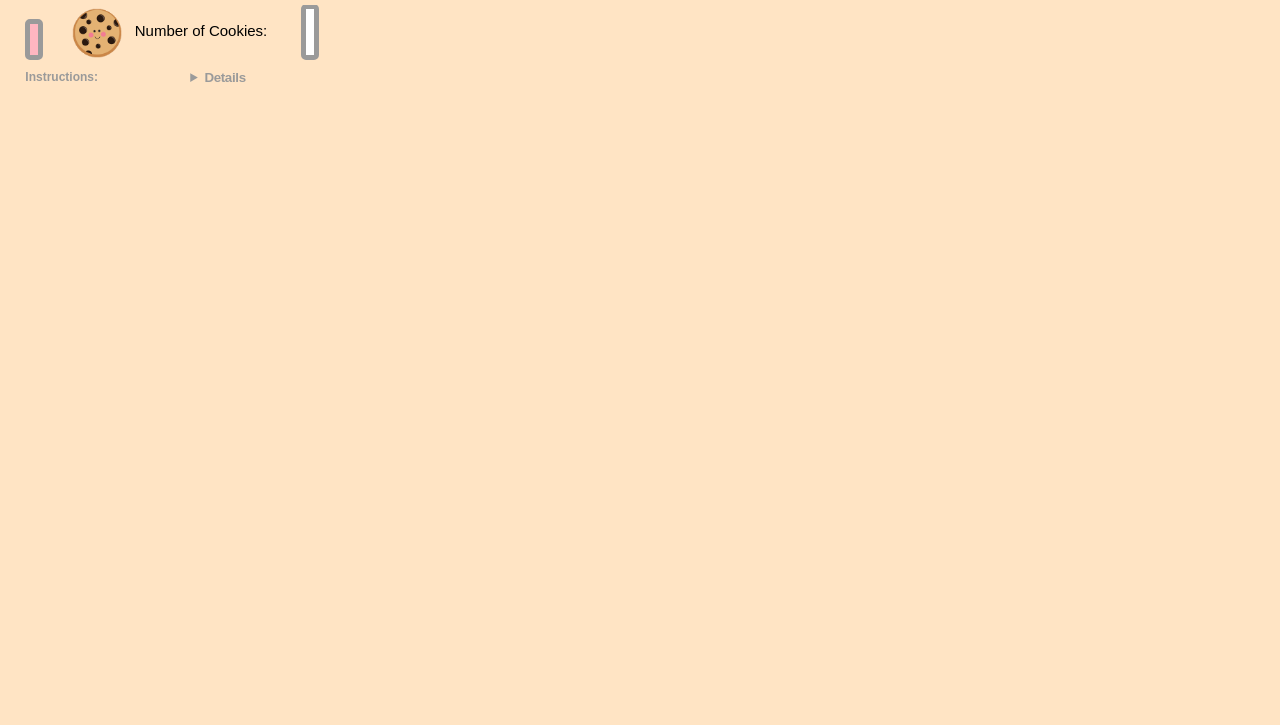
Repository: f00d4tehg0dz/elgato-streamdeck-cookie-clicker
Page: com.f00d4tehg0dz.cookieclicker.sdPlugin/cookieclicker.html
The author's editor kept a copy of each file at every save. The page is drawn from the files as they stood at one save, then again after the next save.
The browser window is 1280 px wide. The pictures show the whole page.

Above is the page before, as saved 2022-01-28 12:07:05.

### com.f00d4tehg0dz.cookieclicker.sdPlugin/cookieclicker.html
<!DOCTYPE html>
<html>

<head>
    <meta charset="utf-8"/>
    <title>com.f00d4tehg0dz.cookieclicker</title>
    <link rel="stylesheet" href="css/sdpi.css">
    <link rel="stylesheet" href="css/styles.css">
    <script src="js/jquery-3.3.1.js"></script>
    <script src="js/common.js"></script>

</head>

<body>
<div class="sdpi-wrapper">
    <div class="sdpi-item">
        <div id="cookieTitle"></div>
        <div id="cookie" onclick="updateButton()">
            <img src="icon-animate.gif" width="50px"/>
        </div>
        <p>Number of Cookies:</p>
        <div id="cookieNumbers"></div>
    </div>
    <div class="sdpi-item">
        <div class="sdpi-item-label">Instructions</div>
        <details class="sdpi-item-value">
            <p>Click the cookie to make more cookies<br>
            Cookie Title upgrades as you reach cookie clicker milestones <br></p>
            <p>You can learn more about this plugin by visiting its Github
                page by <a
                        href="#"
                        onclick="openGithub()">clicking here.</a>
        </details>
    </div>
</div>

<script>
    let uuid = "",
        actionName = "";

    if ($SD) {
        $SD.on('connected', function (jsonObj) {
            uuid = jsonObj['uuid'];
            if (jsonObj.hasOwnProperty('actionInfo')) {
                actionName = jsonObj.actionInfo.action;
            }
            let settings = $SD.actionInfo.payload.settings;
        });
    }

    $(document).ready(function () {

        $("#updateButton").click(function () {
            // Sending the saved settings to the plugin from property inspector.

            if ($SD && $SD.connection) {
                let payload = {};
                payload.updateClick = updateClick;

                $SD.api.sendToPlugin(uuid, actionName, payload);
            }
        });
        function openGithub() {
            $SD.api.openUrl($SD.actionInfo.context, "https://github.com/f00d4tehg0dz/Doge-Coin-Plugin-for-Eglato-Streamdeck")
    }
    });

</script>

</body>

</html>

### com.f00d4tehg0dz.cookieclicker.sdPlugin/css/styles.css
body {
  padding-top: 5px;
  font-family: Arial;
  background-color: bisque;
  margin: auto;
  text-align: center;
}

p {
  font-size: 15px;
  color: black;
  display: block;
  margin: 5px;
}

#cookieNumbers {
  margin: auto;
  text-align:center;
  padding-top: 20px;
  margin-bottom: 5px;
  font-size: 10px;
  border:5px solid;
  border-radius:5px;
  background-color:white;
  height:25px;
}

#cookieTitle {
  margin: auto;
  text-align:center;
  padding-top: 5px;
  margin-bottom: 5px;
  font-size: 10px;
  border:5px solid;
  border-radius:5px;
  background-color:lightpink;
  height:25px;
}

Loaded but not shown: com.f00d4tehg0dz.cookieclicker.sdPlugin/js/jquery-3.3.1.js (library); com.f00d4tehg0dz.cookieclicker.sdPlugin/js/common.js (1200 lines, source omitted); com.f00d4tehg0dz.cookieclicker.sdPlugin/css/sdpi.css (1482 lines, source omitted)

After the next save:
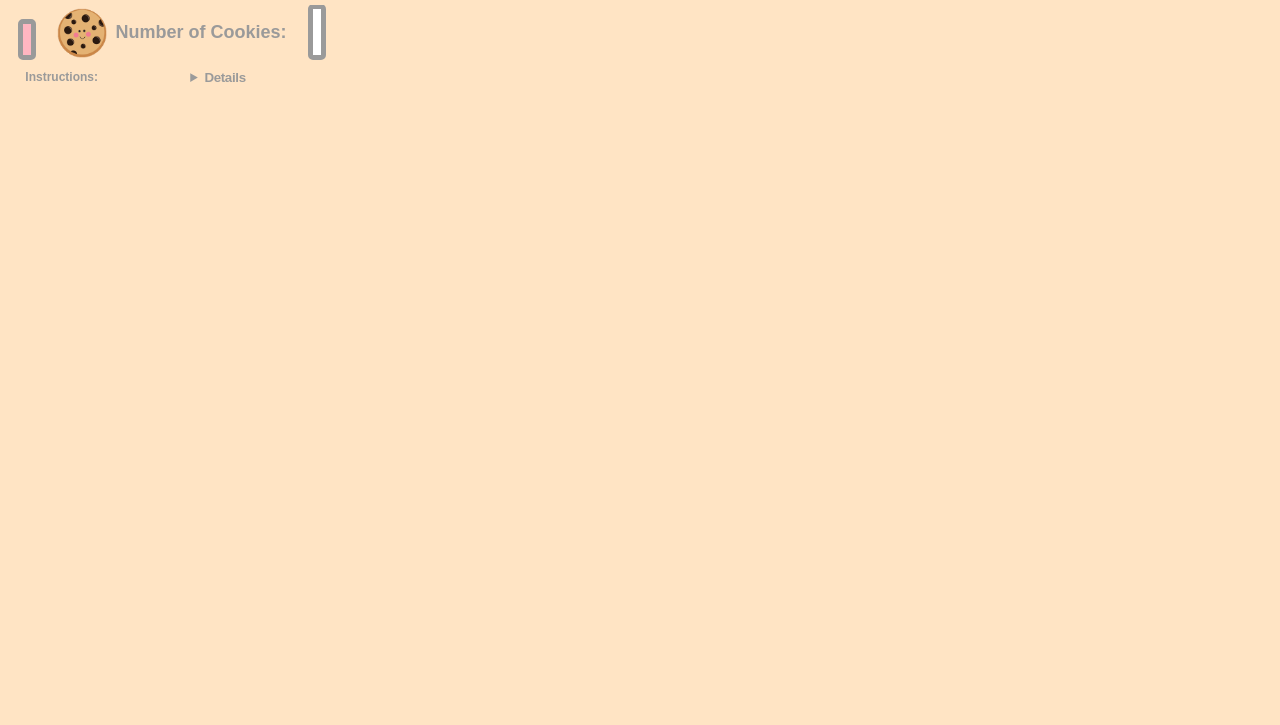
Saved 31 s later.
--- a/com.f00d4tehg0dz.cookieclicker.sdPlugin/cookieclicker.html
+++ b/com.f00d4tehg0dz.cookieclicker.sdPlugin/cookieclicker.html
@@ -18,7 +18,7 @@
         <div id="cookie" onclick="updateButton()">
             <img src="icon-animate.gif" width="50px"/>
         </div>
-        <p>Number of Cookies:</p>
+        <h2>Number of Cookies:</h2>
         <div id="cookieNumbers"></div>
     </div>
     <div class="sdpi-item">
